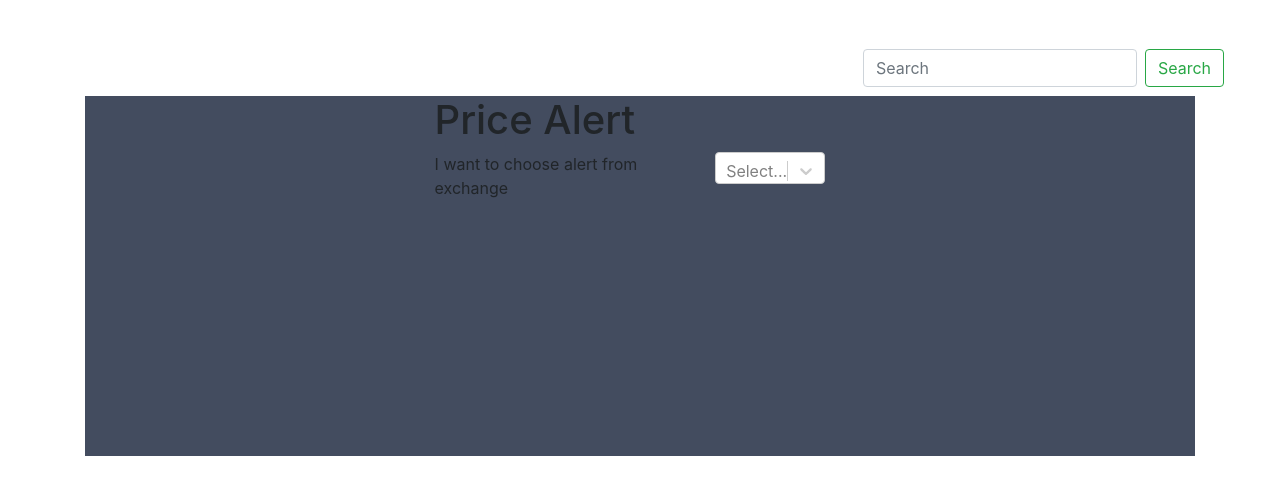
Repository: flychicken123/PriceAlertFront
Page: /
The author's editor kept a copy of each file at every save. The page is drawn from the files as they stood at one save, then again after the next save.
The browser window is 1280 px wide. The pictures show the whole page.
The page's requests for data from a server got no answer. The project was rebuilt for these pictures with package versions that can differ from the ones it lists, and the page was loaded fresh each time. No one was signed in, and anything a server would have sent is missing. Also part of the build but not shown: src/App.css.

Above is the page before, as saved 2021-03-07 10:34:38.

After the next save:
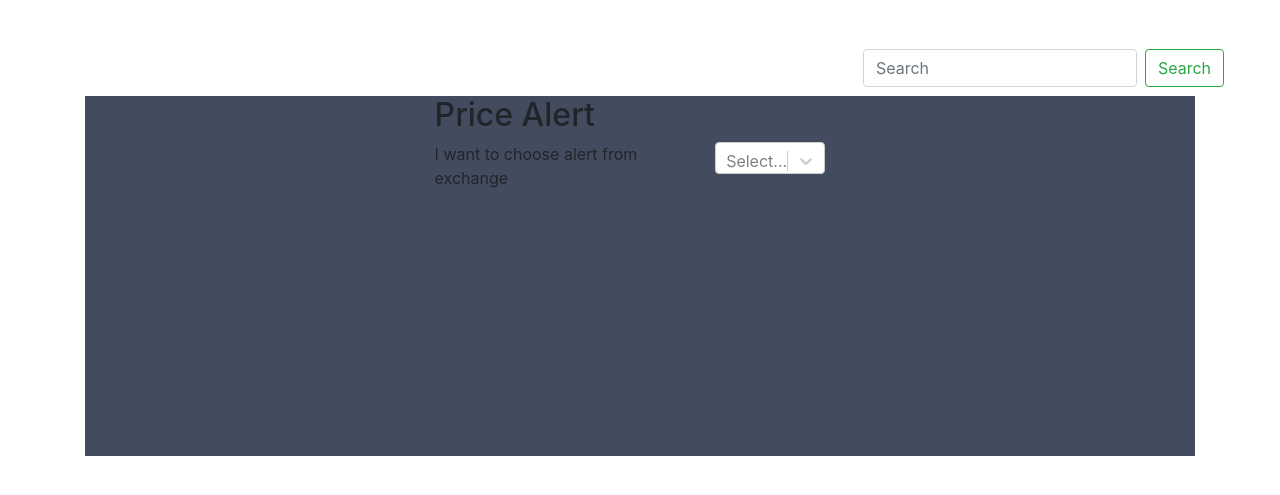
Saved 4 s later.
--- a/src/components/Home.jsx
+++ b/src/components/Home.jsx
@@ -41,7 +41,7 @@
                 <div style={{ display: 'flex', justifyContent: 'center', height: '50vh', backgroundColor: '#434c5f', width: '200' }}>
 
                     <Form>
-                        <h1>Price Alert</h1>
+                        <h2>Price Alert</h2>
 
                         <Form.Row>
 

After the save that followed:
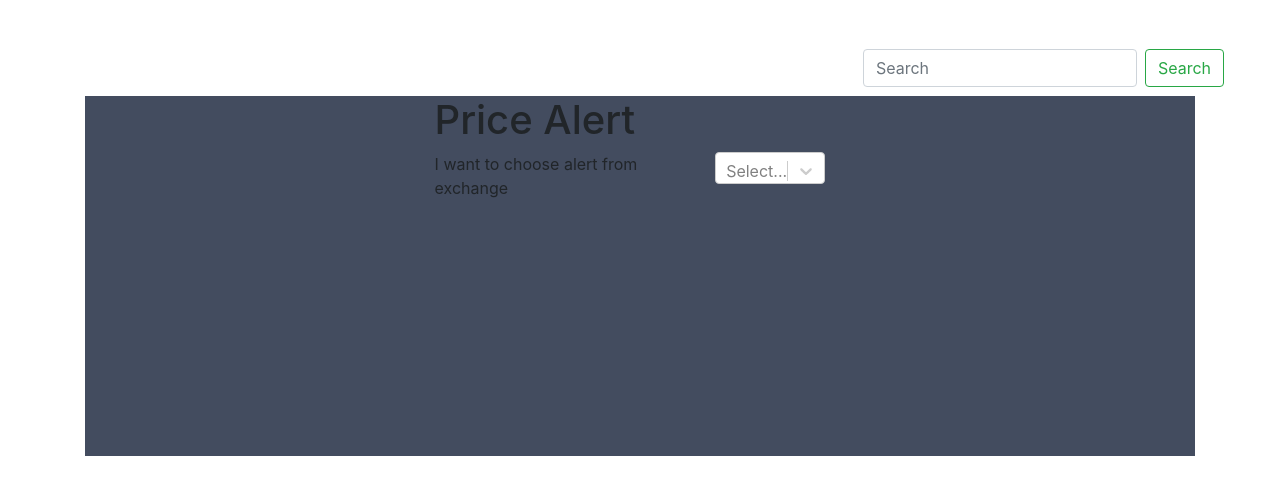
Saved 8 s later.
--- a/src/components/Home.jsx
+++ b/src/components/Home.jsx
@@ -41,7 +41,7 @@
                 <div style={{ display: 'flex', justifyContent: 'center', height: '50vh', backgroundColor: '#434c5f', width: '200' }}>
 
                     <Form>
-                        <h2>Price Alert</h2>
+                        <h1>Price Alert</h1>
 
                         <Form.Row>
 
